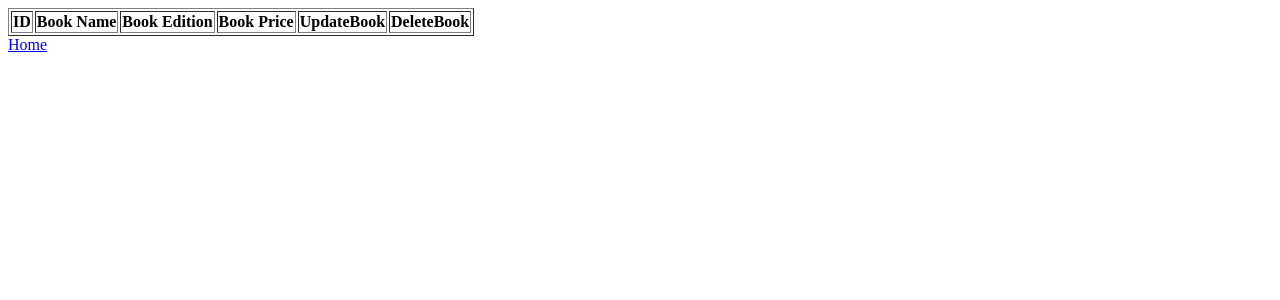
Repository: wasimkhanktr/JavaServlet
Page: http://localhost/WebBookApp/booklist
These files come from the project's save history. The page is drawn as it stood at one moment and after the next save; the edit follows.
The browser window is 1280 px wide. The pictures show the whole page.
The page is served by Tomcat 9. Other server files are loaded and not shown. Queries for data that is not in the repository find no rows.

Above is the page before, as saved 2024-09-11 18:33:24.

### WebBookApp/src/main/java/com/servlet/book/BookListServlet.java
package com.servlet.book;

import java.io.IOException;
import java.io.PrintWriter;
import java.sql.Connection;
import java.sql.DriverManager;
import java.sql.ResultSet;
import java.sql.SQLException;
import java.sql.Statement;
import javax.servlet.ServletException;
import javax.servlet.annotation.WebServlet;
import javax.servlet.http.HttpServlet;
import javax.servlet.http.HttpServletRequest;
import javax.servlet.http.HttpServletResponse;

@WebServlet("/booklist")
public class BookListServlet extends HttpServlet {

	private static final String sql = "SELECT * FROM BOOKDATA";

	@Override
	protected void doGet(HttpServletRequest req, HttpServletResponse resp) throws ServletException, IOException {
		// Setting content type
		resp.setContentType("text/html");
		// PrintWriter to send response to the client
		PrintWriter pw = resp.getWriter();

		Connection con = null;
		Statement stmt = null;
		ResultSet rs = null;

		try {
			// Load MySQL JDBC driver
			Class.forName("com.mysql.cj.jdbc.Driver");
			// Establish the connection
			con = DriverManager.getConnection("jdbc:mysql://localhost:3306/mydb", "root", "root");
			// Create a statement
			stmt = con.createStatement();
			// Execute the query
			rs = stmt.executeQuery(sql);

			// Generate HTML table for displaying books
			pw.println("<table border='1'>");
			pw.println("<tr>");
			pw.println("<th>ID</th>");
			pw.println("<th>Book Name</th>");
			pw.println("<th>Book Edition</th>");
			pw.println("<th>Book Price</th>");
			pw.println("<th>UpdateBook</th>");
			pw.println("<th>DeleteBook</th>");

			pw.println("</tr>");

			// Iterate through the result set and print each book's details in a row
			while (rs.next()) {
				int id = rs.getInt(1);
				String bookName = rs.getString("bookName");
				String bookEdition = rs.getString("bookEdition");
				String bookPrice = rs.getString("bookPrice");

				pw.println("<tr>");
				pw.println("<td>" + id + "</td>");
				pw.println("<td>" + bookName + "</td>");
				pw.println("<td>" + bookEdition + "</td>");
				pw.println("<td>" + bookPrice + "</td>");
				pw.println("<td><a href='update?id="+rs.getInt(1)+"'>Edit</a></td>");
				pw.println("<td><a href='deleteurl?id="+rs.getInt(1)+"'>Delete</a></td>");

				pw.println("</tr>");
			}
			pw.println("</table>");
			pw.println("<a href='./Register.html'>Home</a>");

		} catch (ClassNotFoundException | SQLException e) {
			e.printStackTrace();
			pw.println("<p>Error: Unable to fetch data from database.</p>");
		} finally {
			// Close resources
			try {
				if (rs != null) rs.close();
				if (stmt != null) stmt.close();
				if (con != null) con.close();
			} catch (SQLException e) {
				e.printStackTrace();
			}
		}
	}

	@Override
	protected void doPost(HttpServletRequest req, HttpServletResponse resp) throws ServletException, IOException {
		doGet(req, resp);
	}
}

After the next save:
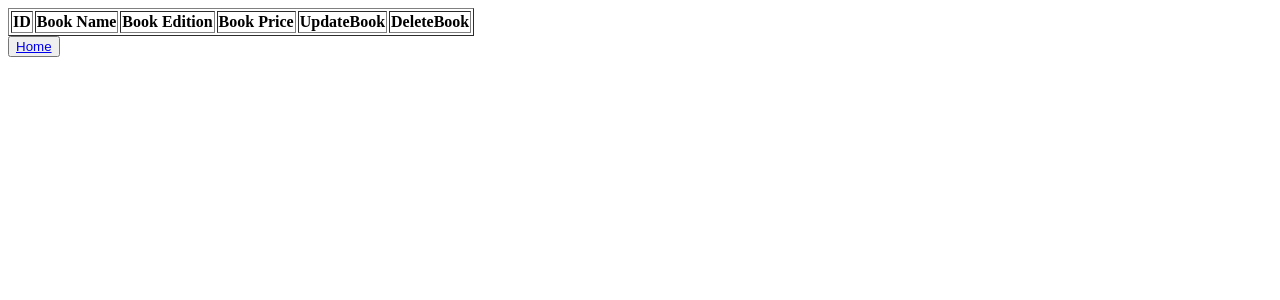
Saved 80 s later.
--- a/WebBookApp/src/main/java/com/servlet/book/BookListServlet.java
+++ b/WebBookApp/src/main/java/com/servlet/book/BookListServlet.java
@@ -69,7 +69,7 @@
 				pw.println("</tr>");
 			}
 			pw.println("</table>");
-			pw.println("<a href='./Register.html'>Home</a>");
+			pw.println("<button><a href='./Register.html'>Home</a></button>");
 
 		} catch (ClassNotFoundException | SQLException e) {
 			e.printStackTrace();
